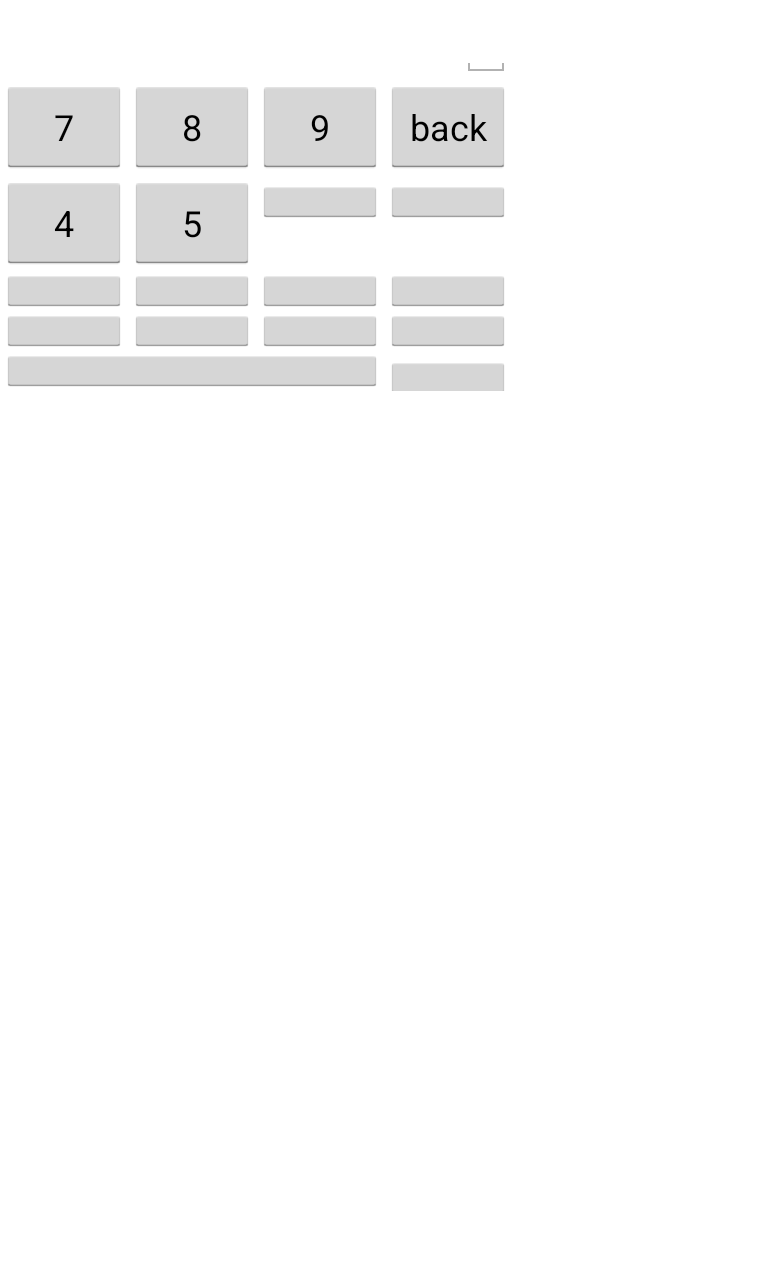
Repository: Free-Mind/eclipes
Layout: Calculator/res/layout/activity_main.xml
An editor plug-in stored every save of this project. The layout is shown before and after the next save, followed by the edit.
It is drawn on a 768 x 1280 px phone screen (xhdpi) without system bars, with theme AppTheme; the app's code is not run.

Above is the layout before, as saved 2015-04-17 17:41:49.

### Calculator/res/layout/activity_main.xml
<LinearLayout  xmlns:android="http://schemas.android.com/apk/res/android"
     android:layout_width="fill_parent"
     android:layout_height="fill_parent"
     android:orientation="vertical" >

		<TableLayout
		    android:id="@+id/tableLayout1"
		    android:layout_width="match_parent"
		    android:layout_height="match_parent"
		 	android:collapseColumns="4"
		    >
		    <TableRow
		        android:id="@+id/tableRow_et"
		        android:layout_width="fill_parent"
		        android:layout_height="fill_parent"
		        >
		        <EditText
		            	android:id="@+id/et"
		            	android:layout_width="wrap_content"
		            	android:layout_height="wrap_content"
						android:layout_span="4"
						android:focusable="false"
		            	android:singleLine="true"
		            	android:inputType="text"
		            	android:layout_gravity="right"
		            >
		            </EditText>
		     </TableRow>

		     <TableRow
		         	android:id="@+id/tableRow"
		         	android:layout_width='fill_parent'
		         	android:layout_height="fill_parent"
		         >
		        <Button
		            	android:id="@+id/bt_7"
		            	android:layout_width="wrap_content"
		            	android:layout_height="wrap_content"
		            	android:text="7"
		            />

		        <Button
		            android:id="@+id/bt_8"
		            android:layout_width="wrap_content"
		            	android:layout_height="wrap_content"
		            android:text="8"
		            />
		        <Button
		            android:id="@+id/bt_9"
		           android:layout_width="wrap_content"
		            	android:layout_height="wrap_content"
					android:text="9"
		            />
		          <Button
		            android:id="@+id/bt_back"
		           android:layout_width="wrap_content"
		           android:layout_height="wrap_content"
					android:text="back"
		            />
		         </TableRow>

		     <TableRow
		         android:id="@+id/tableRow2"
		         android:layout_width="fill_parent"
		         android:layout_height="fill_parent"
		         >

		         <Button
		             android:id="@+id/bt_4"
		            android:layout_width="wrap_content"
		            android:layout_height="wrap_content"
		             android:text="4"
		             />
		          <Button
		             android:id="@+id/bt_5"
		             android:layout_width="wrap_content"
		            android:layout_height="wrap_content"
		             android:text="5"
		             />
		           <Button
		             android:id="@+id/bt_6"
		             android:layout_width="40px"
		             android:layout_height="40px"
		             android:text="6"
		             />
		            <Button
		             android:id="@+id/bt_divide"
		             android:layout_width="40px"
		             android:layout_height="40px"
		             android:text="/"
		             />
		     </TableRow>

		    <TableRow
		        	android:id="@+id/tableRow3"
		        	android:layout_width="fill_parent"
		        	android:layout_height="fill_parent"
		        >
		             <Button
			             android:id="@+id/bt_1"
			             android:layout_width="40px"
			             android:layout_height="40px"
			             android:text="1"
		             />
		             <Button
			             android:id="@+id/bt_2"
			             android:layout_width="40px"
			             android:layout_height="40px"
			             android:text="2"
		             />
		             <Button
			             android:id="@+id/bt_3"
			             android:layout_width="40px"
			             android:layout_height="40px"
			             android:text="3"
		             />
		             <Button
			             android:id="@+id/bt_multiply"
			             android:layout_width="40px"
			             android:layout_height="40px"
			             android:text="*"
		             />
		        </TableRow>

		     <TableRow
		        	android:id="@+id/tableRow4"
		        	android:layout_width="fill_parent"
		        	android:layout_height="fill_parent"
		        >
		             <Button
			             android:id="@+id/bt_0"
			             android:layout_width="50px"
			             android:layout_height="40px"
			             android:text="0"
		             />
		             <Button
			             android:id="@+id/bt_point"
			             android:layout_width="50px"
			             android:layout_height="40px"
			             android:text="."
		             />
		             <Button
			             android:id="@+id/bt_add"
			             android:layout_width="50px"
			             android:layout_height="40px"
			             android:text="+"
		             />
		             <Button
			             android:id="@+id/bt_sub"
			             android:layout_width="50px"
			             android:layout_height="40px"
			             android:text="-"
		             />
		        </TableRow>

		     <TableRow
		        android:id="@id/tableRow4"
		        android:layout_width="fill_parent"
		        android:layout_height="fill_parent"
		         >
		         <Button
			             android:id="@+id/bt_equal"
			             android:layout_width="fill_parent"
			             android:layout_height="fill_parent"
			             android:layout_span="3"
			             android:text="="
		             />
		         <Button
			             android:id="@+id/bt_clear"
			             android:layout_width="50px"
			             android:layout_height="40px"
			             android:text="clear"
		             />

		     </TableRow>
 			</TableLayout>
</LinearLayout>

Loaded but not shown: Calculator/res/values/styles.xml (common file); Calculator/res/values-v11/styles.xml (common file); Calculator/res/values-v14/styles.xml (common file)

After the next save:
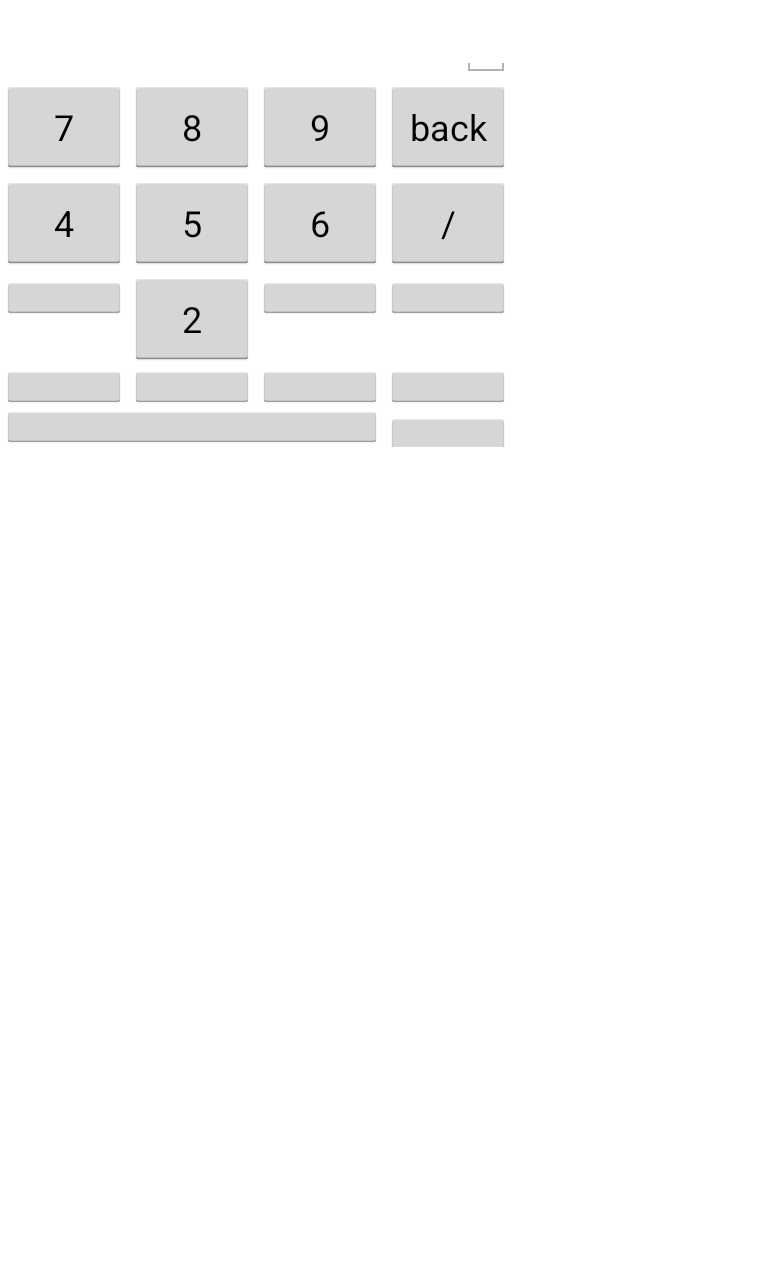
Saved 29 s later.
--- a/Calculator/res/layout/activity_main.xml
+++ b/Calculator/res/layout/activity_main.xml
@@ -79,14 +79,14 @@
 		             />
 		           <Button
 		             android:id="@+id/bt_6"
-		             android:layout_width="40px"
-		             android:layout_height="40px"
+		              android:layout_width="wrap_content"
+		            android:layout_height="wrap_content"
 		             android:text="6"
 		             />
 		            <Button
 		             android:id="@+id/bt_divide"
-		             android:layout_width="40px"
-		             android:layout_height="40px"
+		            android:layout_width="wrap_content"
+		            android:layout_height="wrap_content"
 		             android:text="/"
 		             />
 		     </TableRow>
@@ -104,8 +104,8 @@
 		             />
 		             <Button
 			             android:id="@+id/bt_2"
-			             android:layout_width="40px"
-			             android:layout_height="40px"
+			             android:layout_width="wrap_content"
+		            	 android:layout_height="wrap_content"
 			             android:text="2"
 		             />
 		             <Button
